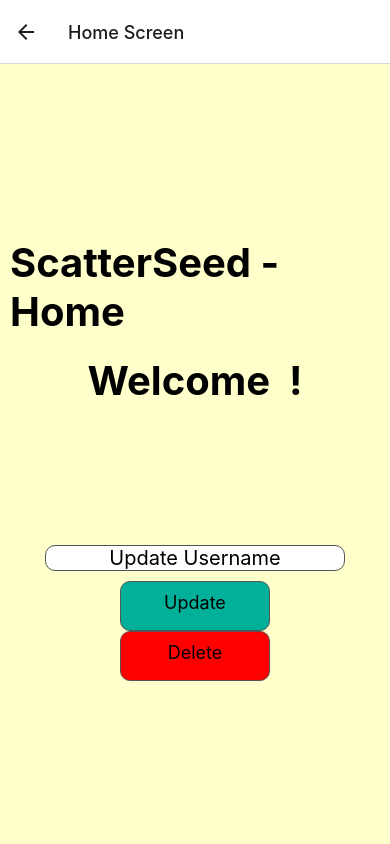
Repository: Curraje/scatter-seed-app
Screen: /Home
The author's editor kept a copy of each file at every save. The screen is drawn from the files as they stood at one save, then again after the next save.
The app was drawn by React Native's web renderer in a window 390 px wide. The project was rebuilt for these pictures with package versions that can differ from the ones it lists, and the page was loaded fresh each time. Some packages were replaced by stand-ins written for this rebuild.

Above is the screen before, as saved 2022-03-06 14:28:23.

After the next save:
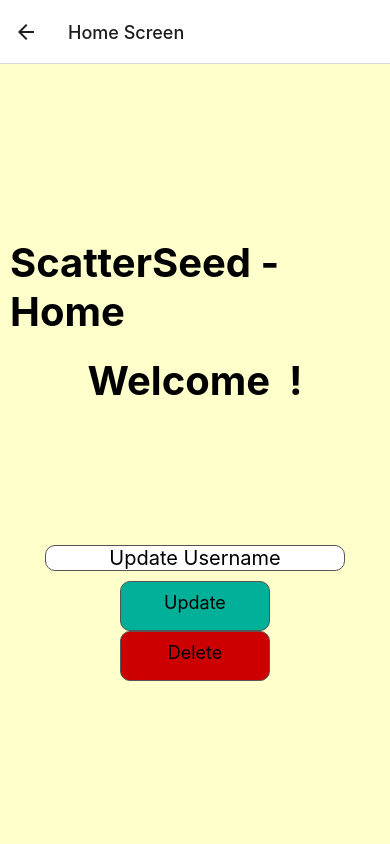
Saved 28 s later.
--- a/src/screens/Home.tsx
+++ b/src/screens/Home.tsx
@@ -69,7 +69,7 @@ export default function Home({ navigation, route }: any) {
       />
       <CustomButton
         title="Delete"
-        regular_color="red"
+        regular_color="#cc0000"
         pressed_color=""
         onPressFunction={updateData}
       />
